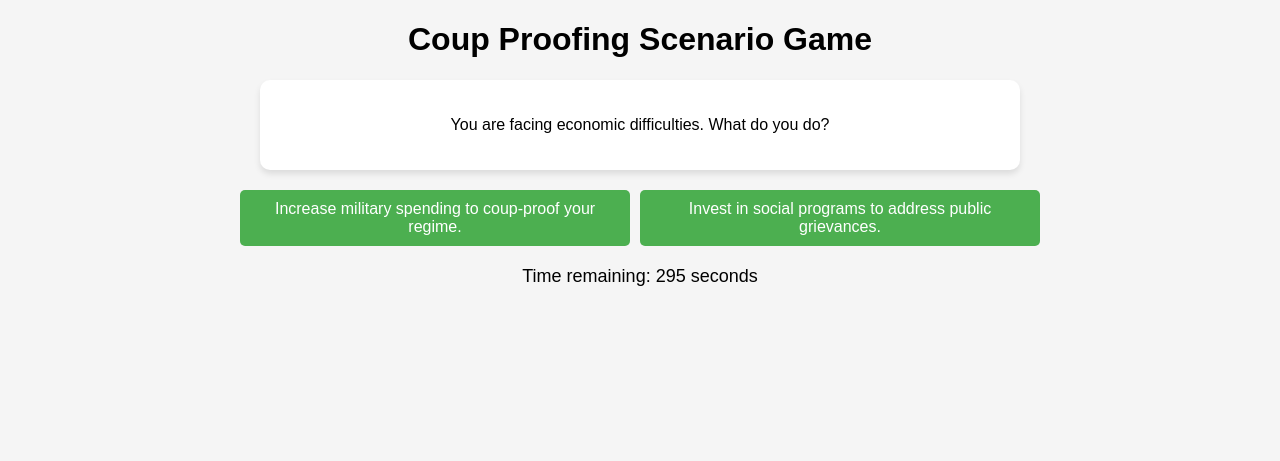
Repository: tyfeeney/Coup-Proofing-Alpha
Page: index.html
These files come from the project's save history. The page is drawn as it stood at one moment and after the next save; the edit follows.
The browser window is 1280 px wide. The pictures show the whole page.

Above is the page before, as saved 2023-04-25 21:23:28.

After the next save:
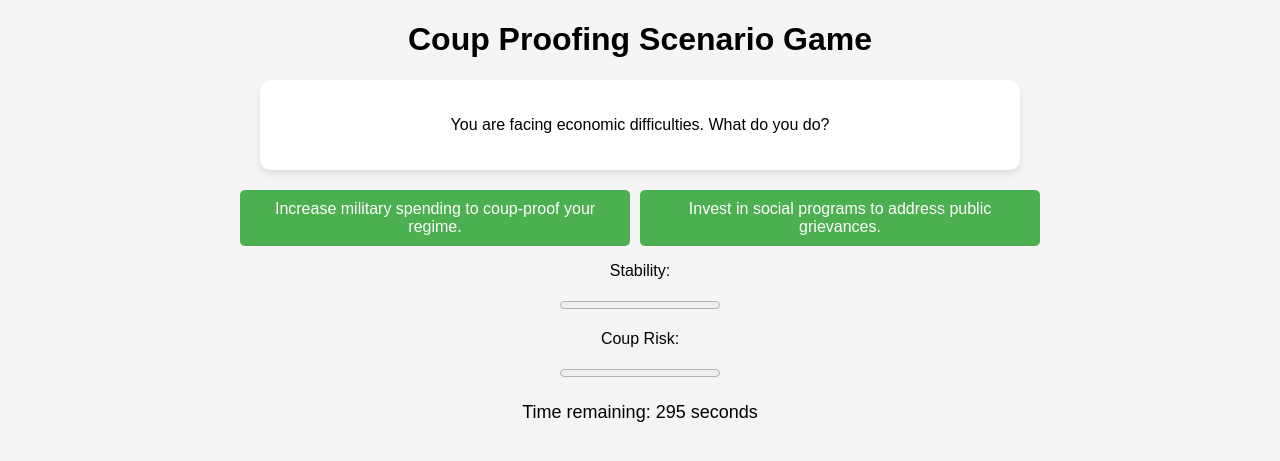
Saved 3 min 4 s later.
--- a/index.html
+++ b/index.html
@@ -16,6 +16,16 @@
       <button id="left-btn">Option 1</button>
       <button id="right-btn">Option 2</button>
     </div>
+    <div class="progress-container">
+      <div>
+        <p>Stability:</p>
+        <progress id="stability-progress" value="0" max="30"></progress>
+      </div>
+      <div>
+        <p>Coup Risk:</p>
+        <progress id="coupRisk-progress" value="0" max="30"></progress>
+      </div>
+    </div>
     <div class="timer">
       Time remaining: <span id="time">300</span> seconds
     </div>
